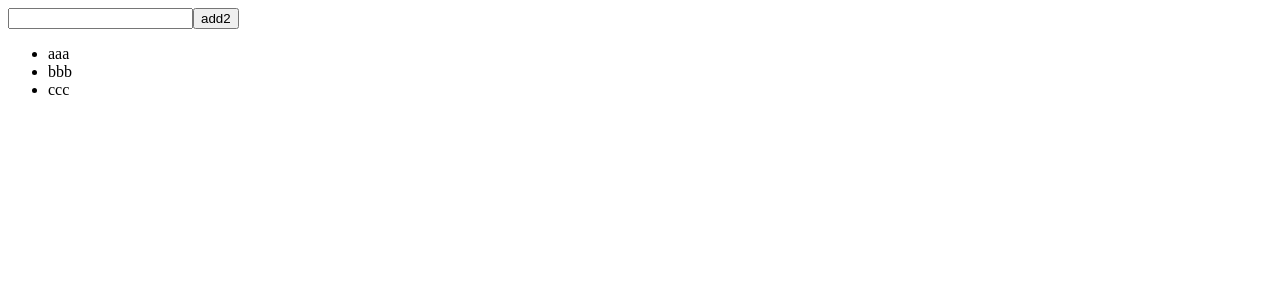
Repository: zenghao518518/React
Page: /
The author's editor kept a copy of each file at every save. The page is drawn from the files as they stood at one save, then again after the next save.
The browser window is 1280 px wide. The pictures show the whole page.
The project was rebuilt for these pictures with package versions that can differ from the ones it lists, and the page was loaded fresh each time.

Above is the page before, as saved 2023-07-17 16:35:28.

After the next save:
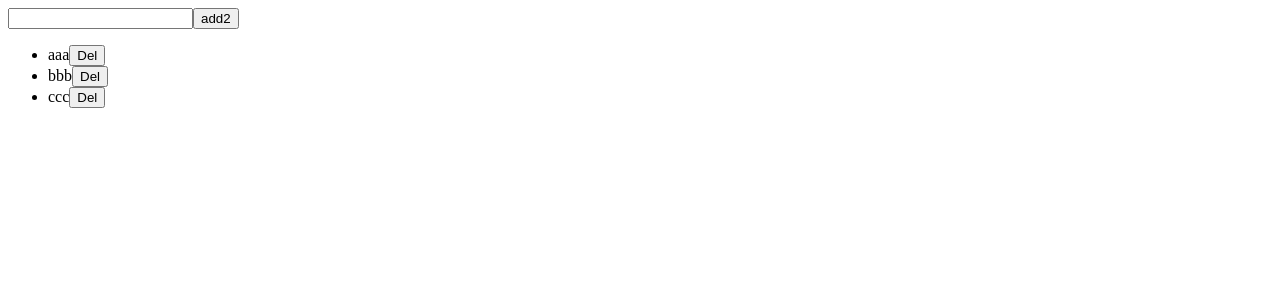
Saved 2 min 50 s later.
--- a/src/01-base/10-todolist.js
+++ b/src/01-base/10-todolist.js
@@ -26,7 +26,9 @@ export default class App extends Component {
          <ul>
              {
                 this.state.list.map(item=>
-                    <li key={item.id}>{item.mytest}</li>
+                    <li key={item.id}>{item.mytest}
+                        <button>Del</button>
+                    </li>
                     )
              }
          </ul>
